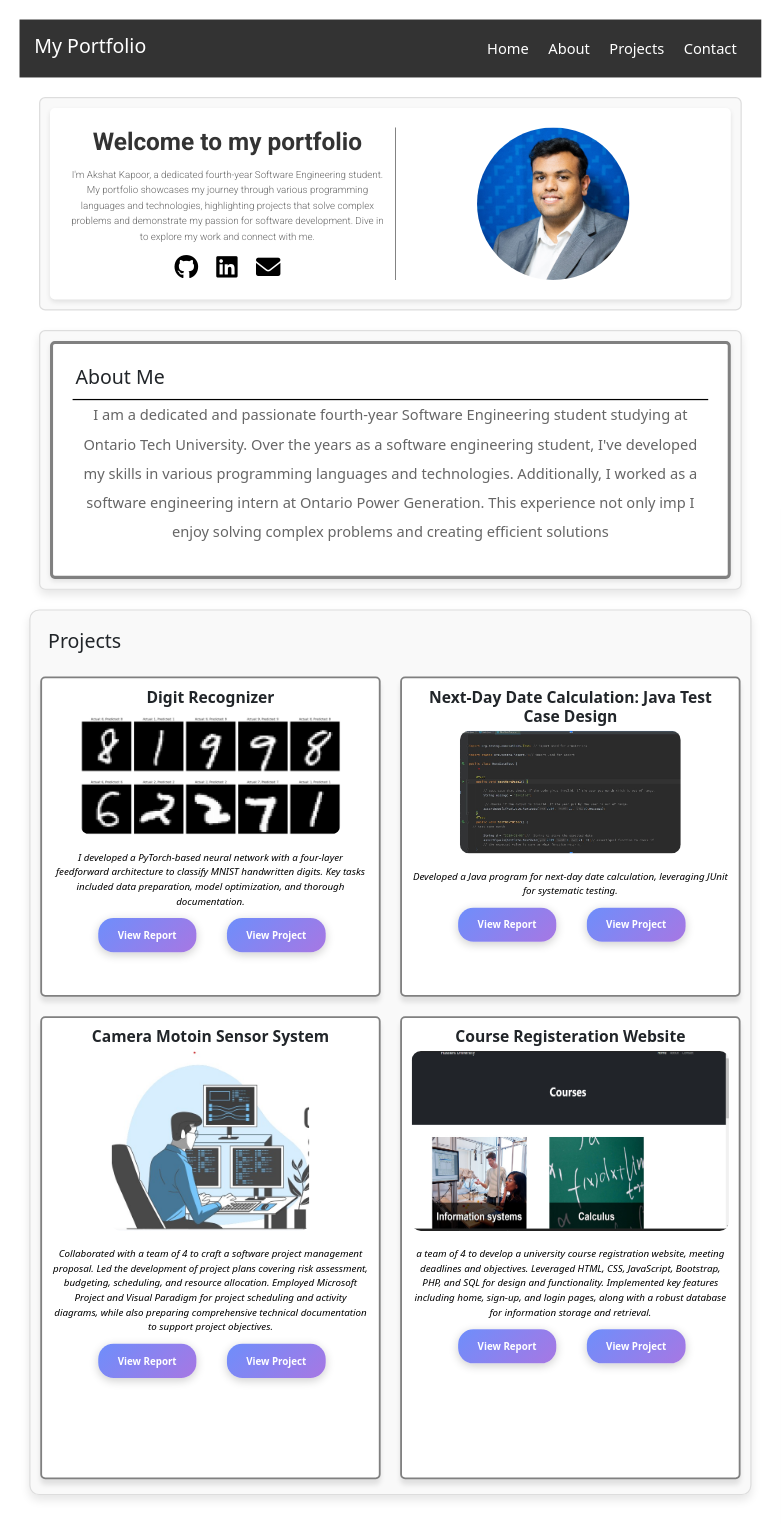
Repository: AkshatKapo/My-Portfolio
Page: /
An editor plug-in stored every save of this project. The page is shown before and after a run of saves, followed by the edit.
The browser window is 1280 px wide. The pictures show the whole page, at 61% of full size.
The project was rebuilt for these pictures with package versions that can differ from the ones it lists, and the page was loaded fresh each time. Also part of the build but not shown: vite.config.js, src/components/Experiece/Experience.css, src/components/Experiece/Experience.jsx, src/components/project/project.jsx, src/index.css.

Above is the page before, as saved 2024-06-13 11:58:07.

After the next 3 saves:
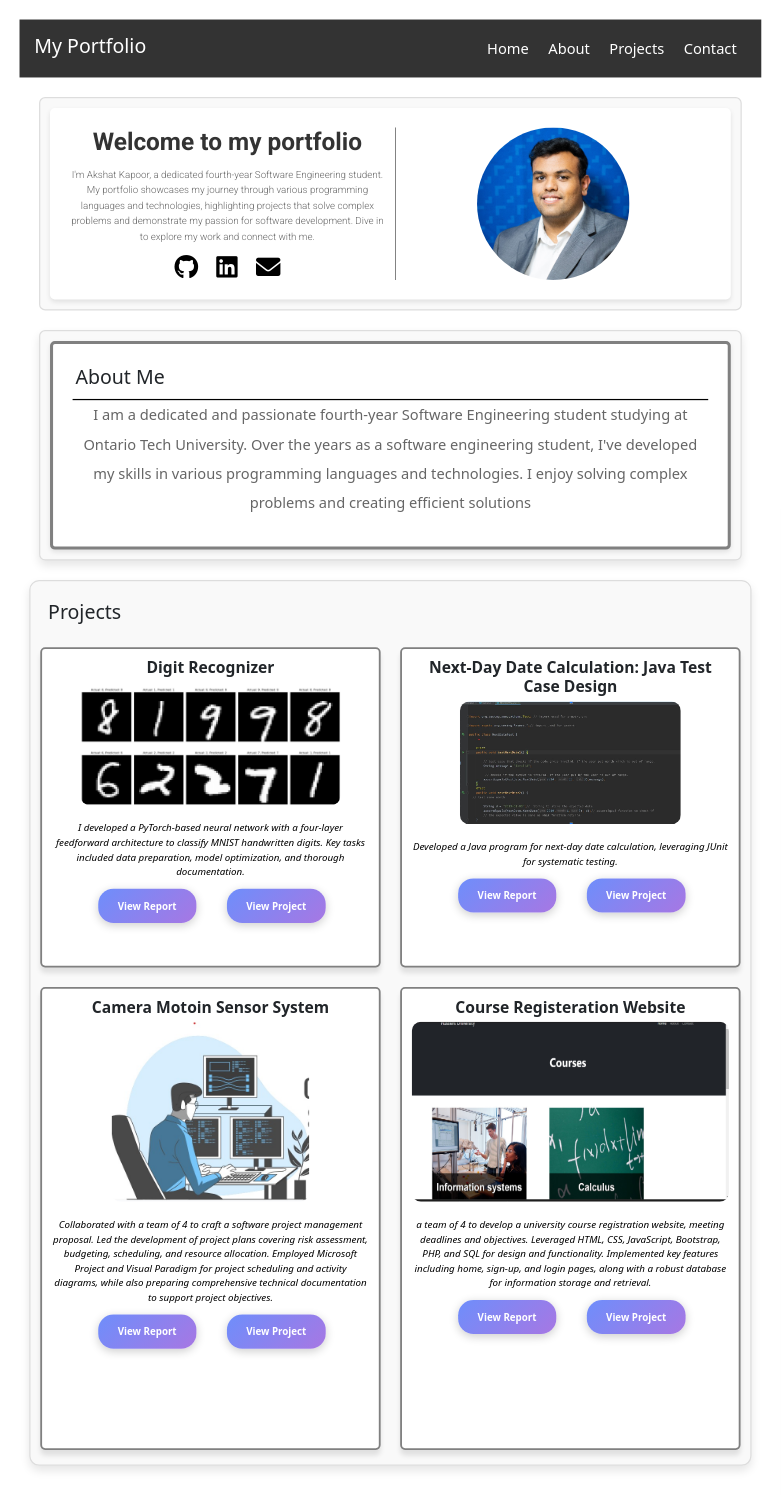
The 3 saves are shown as one change because they came seconds apart.
The last was saved 10 s later.
--- a/src/components/About/About.jsx
+++ b/src/components/About/About.jsx
@@ -10,7 +10,7 @@ function About() {
 
 
        </div>
-       <p>I am a dedicated and passionate fourth-year Software Engineering student studying at Ontario Tech University. Over the years as a software engineering student, I've developed my skills in various programming languages and technologies. Additionally, I worked as a software engineering intern at Ontario Power Generation. This experience not only imp I enjoy solving complex problems and creating efficient solutions </p>
+       <p>I am a dedicated and passionate fourth-year Software Engineering student studying at Ontario Tech University. Over the years as a software engineering student, I've developed my skills in various programming languages and technologies.  I enjoy solving complex problems and creating efficient solutions </p>
       </div>
     </section>
   );
